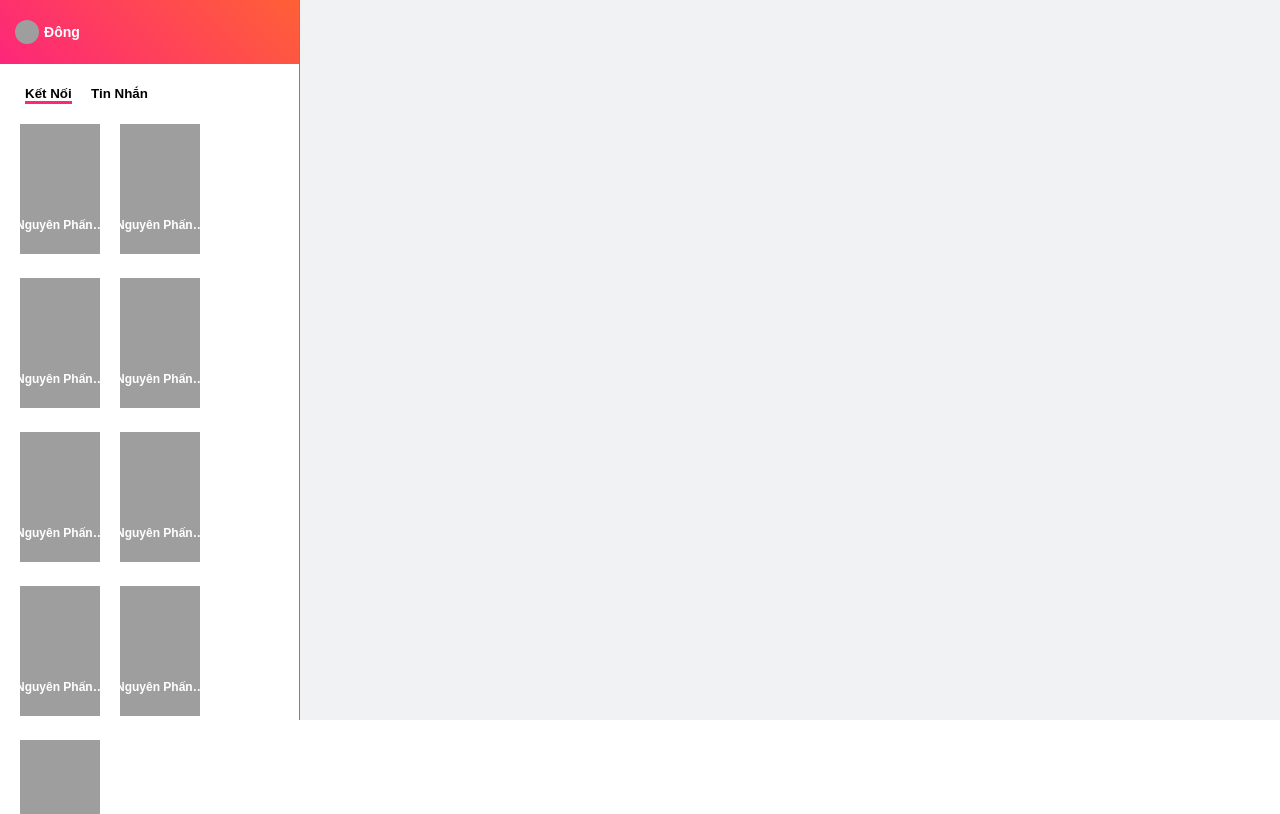
Repository: conquy2002/Project-Tinder
Page: Project RobinTinder/website/index.html
An editor plug-in stored every save of this project. The page is shown before and after the next save, followed by the edit.
The browser window is 1280 px wide. The pictures show the whole page.
Pictures or frames that could not be fetched are drawn as grey boxes.

Above is the page before, as saved 2022-01-07 09:51:14.

### Project RobinTinder/website/index.html
<!DOCTYPE html>
<html lang="en">
<head>
    <meta charset="UTF-8">
    <meta http-equiv="X-UA-Compatible" content="IE=edge">
    <meta name="viewport" content="width=device-width, initial-scale=1.0">
    <title>Robin Hẹn hò</title>
    <link rel="stylesheet" href="./css/style.css" />
</head>
<body>
    <div class="main">
        <aside class="nav">
            <div class="nav__header">
                <div class="nav__hearder--profile">
                    <a href="#">
                        <img src = "https://scontent.fhph1-3.fna.fbcdn.net/v/t1.6435-1/c1.64.198.199a/p200x200/141433767_1108249559690088_990288042436184426_n.jpg?_nc_cat=107&ccb=1-5&_nc_sid=7206a8&_nc_ohc=5yxEM9Iimv0AX_4k7Ox&_nc_ht=scontent.fhph1-3.fna&oh=00_AT-vqYdzU7_RG4YwBws_REoHUQ_G1kzl29AkfIijrbwnXg&oe=61FCEA38">
                        <h3>Đông</h3>
                    </a>
                </div>
                <div class="nav__header--contact"></div>
            </div>
            <div class="nav__qc"></div>
            <div class="nav_content">
                <div class="nav_content-button">
                    <button type="button" class="nav-button nav-active" data-value = "ket_noi"><spam>Kết Nối</spam></button>
                    <button type="button" class="nav-button" data-value = "tin_nhan"><spam>Tin Nhắn</spam></button>
                </div>
                <div class="nav__content-main" id = "js_nav_content_main"></div>
            </div>
        </aside>
        <div class="content"></div>
    </div>
</body>
<script  type="text/javascript" src ="./js/main.js" ></script>
</html>

### Project RobinTinder/website/css/style.css
*{
    margin: 0;
    padding: 0;
    box-sizing: border-box;
}
body{
    font-family: sans-serif,Helvetica,Arial;
    overflow: hidden;
}
a{
    text-decoration: none;
}
.main{
    background-color: #f0f2f4;
    height: 100vh;
    width: 100%;
    display: flex;
}
.nav{
    flex-basis: 300px;
    height: 100%;
    border-right: .1px solid gray;
}
.nav__header{
    background: linear-gradient(
45deg,#fd267a,#ff6036);
    background-image: linear-gradient(
45deg, rgb(253, 38, 122), rgb(255, 96, 54));
    width: 100%;
    display: flex;
    overflow: hidden;
}
.nav__hearder--profile{
    padding: 15px 10px;
}
.nav__hearder--profile a{
    display: flex;
    padding: 5px;
    align-items: center;
    color: #fff;
    font-size: 12px;
    flex-basis: 25%;
    cursor: pointer;
}
.nav__hearder--profile img{
    height: 1.5rem;
    width: 1.5rem;
    border-radius: 50%;
    margin-right: 5px;
}
.nav__hearder--profile a:hover{
    background-color: rgba(0,0,0,.32)!important;
    border-radius: 36px;
}
.nav_content{
    background-color: #fff;
    padding: 10px;
    height: 100%;
}
.nav_content-button{
    padding: 10px;
}
.nav-button{
    border: none;
    background-color: #fff;
    font-weight: bold;
    cursor: pointer;
    margin-right: 10px;
    margin-left: 5px;
}
.nav-active{
    border-bottom: 3px solid #fd267a;
}
.nav__content-main{
    overflow: scroll;
    height: 100%;
    width: 100%;
    display: flex;
    flex-wrap: wrap;
}
.nav__content-main  .connection{
    position: relative;
}
.nav__content-main  .connection img{
    width: 80px;
    height: 130px;
    object-fit: cover;
    margin: 10px;
}
.nav__content-main .connection .connection_span{
    width: 90%;
    white-space: pre-wrap;
    position: absolute;
    left: 6px;
    bottom: 50px;
    color: #fff;
}
.nav__content-main .connection .connection_span h3{
    position: absolute;
    font-size: 12px;
    hyphens: none;
    white-space: nowrap;
    text-overflow: ellipsis;
    overflow: hidden;
    max-width: 100%;
}
.content{

}

### Project RobinTinder/website/js/main.js
var ket_noi = [
    {
        img: "https://scontent.fhph1-3.fna.fbcdn.net/v/t1.6435-1/c1.64.198.199a/p200x200/141433767_1108249559690088_990288042436184426_n.jpg?_nc_cat=107&ccb=1-5&_nc_sid=7206a8&_nc_ohc=5yxEM9Iimv0AX_4k7Ox&_nc_ht=scontent.fhph1-3.fna&oh=00_AT-vqYdzU7_RG4YwBws_REoHUQ_G1kzl29AkfIijrbwnXg&oe=61FCEA38",
        name: "Nguyên Phấn Đông"
    }, {
        img: "https://scontent.fhph1-3.fna.fbcdn.net/v/t1.6435-1/c1.64.198.199a/p200x200/141433767_1108249559690088_990288042436184426_n.jpg?_nc_cat=107&ccb=1-5&_nc_sid=7206a8&_nc_ohc=5yxEM9Iimv0AX_4k7Ox&_nc_ht=scontent.fhph1-3.fna&oh=00_AT-vqYdzU7_RG4YwBws_REoHUQ_G1kzl29AkfIijrbwnXg&oe=61FCEA38",
        name: "Nguyên Phấn Đông"
    }, {
        img: "https://scontent.fhph1-3.fna.fbcdn.net/v/t1.6435-1/c1.64.198.199a/p200x200/141433767_1108249559690088_990288042436184426_n.jpg?_nc_cat=107&ccb=1-5&_nc_sid=7206a8&_nc_ohc=5yxEM9Iimv0AX_4k7Ox&_nc_ht=scontent.fhph1-3.fna&oh=00_AT-vqYdzU7_RG4YwBws_REoHUQ_G1kzl29AkfIijrbwnXg&oe=61FCEA38",
        name: "Nguyên Phấn Đông"
    }, {
        img: "https://scontent.fhph1-3.fna.fbcdn.net/v/t1.6435-1/c1.64.198.199a/p200x200/141433767_1108249559690088_990288042436184426_n.jpg?_nc_cat=107&ccb=1-5&_nc_sid=7206a8&_nc_ohc=5yxEM9Iimv0AX_4k7Ox&_nc_ht=scontent.fhph1-3.fna&oh=00_AT-vqYdzU7_RG4YwBws_REoHUQ_G1kzl29AkfIijrbwnXg&oe=61FCEA38",
        name: "Nguyên Phấn Đông"
    }, {
        img: "https://scontent.fhph1-3.fna.fbcdn.net/v/t1.6435-1/c1.64.198.199a/p200x200/141433767_1108249559690088_990288042436184426_n.jpg?_nc_cat=107&ccb=1-5&_nc_sid=7206a8&_nc_ohc=5yxEM9Iimv0AX_4k7Ox&_nc_ht=scontent.fhph1-3.fna&oh=00_AT-vqYdzU7_RG4YwBws_REoHUQ_G1kzl29AkfIijrbwnXg&oe=61FCEA38",
        name: "Nguyên Phấn Đông"
    }, {
        img: "https://scontent.fhph1-3.fna.fbcdn.net/v/t1.6435-1/c1.64.198.199a/p200x200/141433767_1108249559690088_990288042436184426_n.jpg?_nc_cat=107&ccb=1-5&_nc_sid=7206a8&_nc_ohc=5yxEM9Iimv0AX_4k7Ox&_nc_ht=scontent.fhph1-3.fna&oh=00_AT-vqYdzU7_RG4YwBws_REoHUQ_G1kzl29AkfIijrbwnXg&oe=61FCEA38",
        name: "Nguyên Phấn Đông"
    }, {
        img: "https://scontent.fhph1-3.fna.fbcdn.net/v/t1.6435-1/c1.64.198.199a/p200x200/141433767_1108249559690088_990288042436184426_n.jpg?_nc_cat=107&ccb=1-5&_nc_sid=7206a8&_nc_ohc=5yxEM9Iimv0AX_4k7Ox&_nc_ht=scontent.fhph1-3.fna&oh=00_AT-vqYdzU7_RG4YwBws_REoHUQ_G1kzl29AkfIijrbwnXg&oe=61FCEA38",
        name: "Nguyên Phấn Đông"
    }, {
        img: "https://scontent.fhph1-3.fna.fbcdn.net/v/t1.6435-1/c1.64.198.199a/p200x200/141433767_1108249559690088_990288042436184426_n.jpg?_nc_cat=107&ccb=1-5&_nc_sid=7206a8&_nc_ohc=5yxEM9Iimv0AX_4k7Ox&_nc_ht=scontent.fhph1-3.fna&oh=00_AT-vqYdzU7_RG4YwBws_REoHUQ_G1kzl29AkfIijrbwnXg&oe=61FCEA38",
        name: "Nguyên Phấn Đông"
    }, {
        img: "https://scontent.fhph1-3.fna.fbcdn.net/v/t1.6435-1/c1.64.198.199a/p200x200/141433767_1108249559690088_990288042436184426_n.jpg?_nc_cat=107&ccb=1-5&_nc_sid=7206a8&_nc_ohc=5yxEM9Iimv0AX_4k7Ox&_nc_ht=scontent.fhph1-3.fna&oh=00_AT-vqYdzU7_RG4YwBws_REoHUQ_G1kzl29AkfIijrbwnXg&oe=61FCEA38",
        name: "Nguyên Phấn Đông"
    }
]
const $ = document.querySelector.bind(document);
const $$ = document.querySelectorAll.bind(document);

window.onload = () => {
    ket_noi.forEach( a => {
        $("#js_nav_content_main").innerHTML += `
        <div class = "connection">
            <img src ="${a.img}"/>
            <span class = "connection_span"><h3>${a.name}</h3></span>
        </div>
        `
    })

}

After the next save:
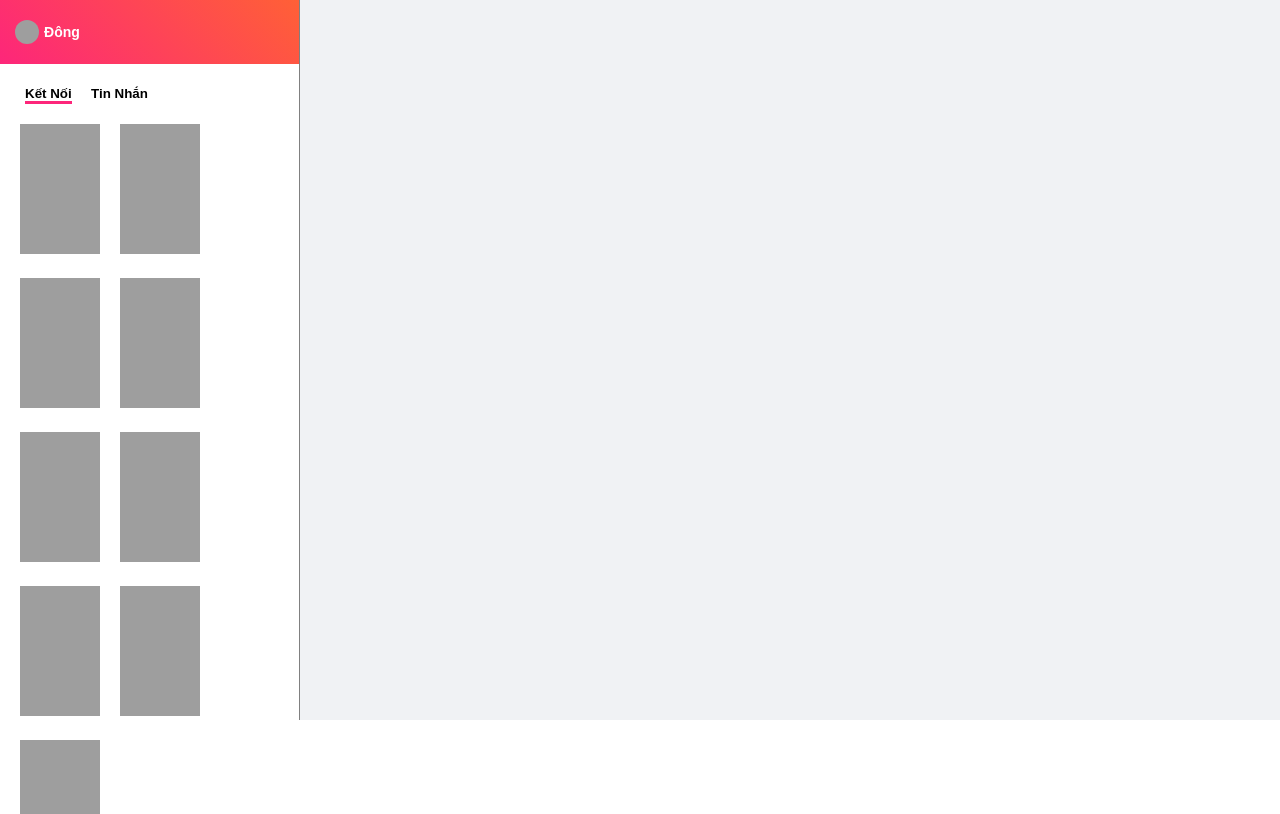
Saved 102 s later.
--- a/Project RobinTinder/website/css/style.css
+++ b/Project RobinTinder/website/css/style.css
@@ -91,7 +91,7 @@
     width: 90%;
     white-space: pre-wrap;
     position: absolute;
-    left: 6px;
+    /* left: 20px; */
     bottom: 50px;
     color: #fff;
 }
